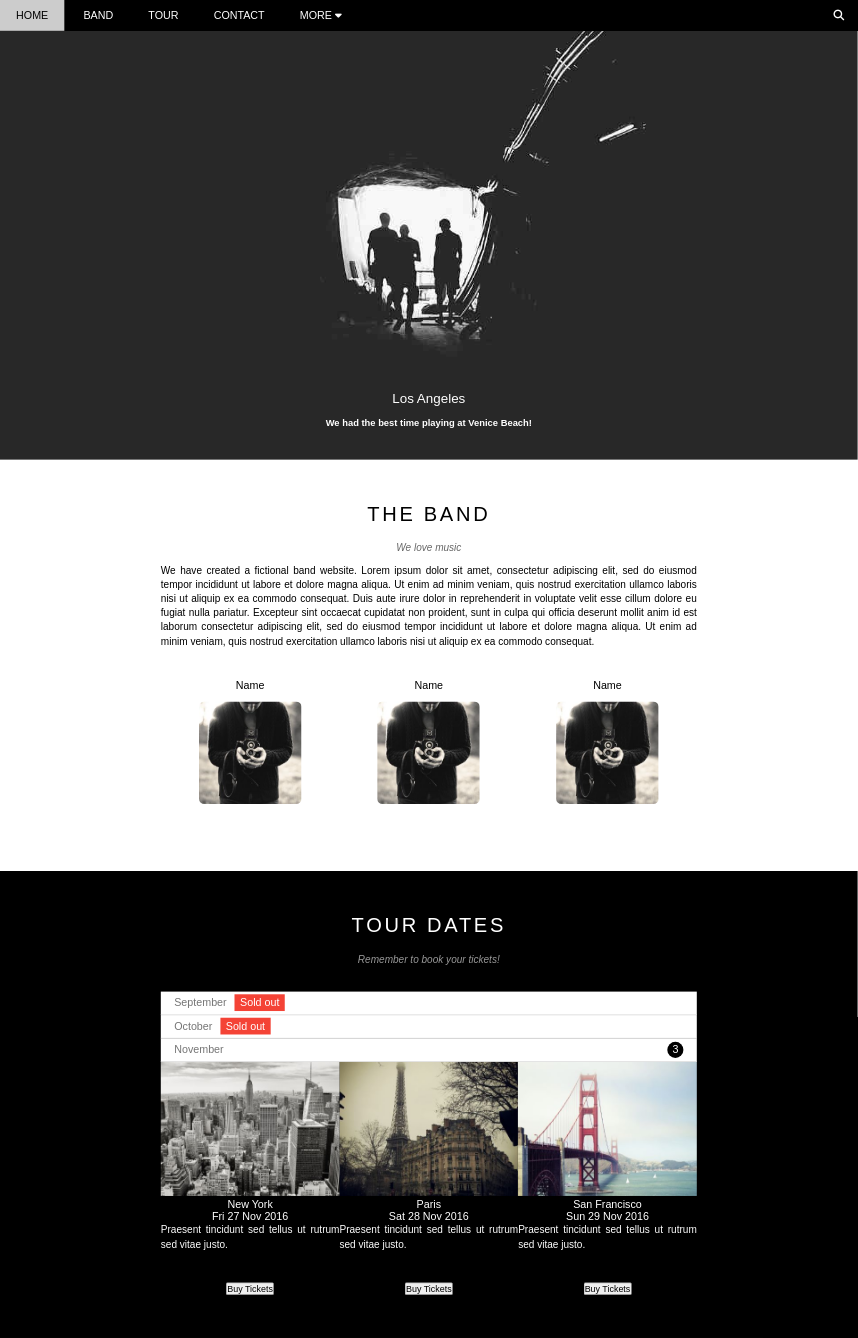
Repository: TranPhucThinh/clone-the-band
Page: index.html
An editor plug-in stored every save of this project. The page is shown before and after the next save, followed by the edit.
The browser window is 1280 px wide. The pictures show the whole page, at 67% of full size.
Some web libraries are served in a nearby version.

Above is the page before, as saved 2022-08-04 13:34:27.

### index.html
<!DOCTYPE html>
<html lang="en">

<head>
    <meta charset="UTF-8">
    <meta http-equiv="X-UA-Compatible" content="IE=edge">
    <meta name="viewport" content="width=device-width, initial-scale=1.0">

    <title>The Band</title>

    <link rel="stylesheet" href="./assets/style.css">
    <link rel="stylesheet" href="https://cdnjs.cloudflare.com/ajax/libs/font-awesome/6.1.2/css/all.min.css">
</head>

<body>
    <div id="main">

        <div id="header">
            <ul id="nav">
                <li><a href="">Home</a></li>
                <li><a href="">Band</a></li>
                <li><a href="">Tour</a></li>
                <li><a href="">Contact</a></li>
                <li>
                    <a href="">
                        More
                        <i class="fa-solid fa-caret-down"></i>
                    </a>

                    <ul class="subnav">
                        <li><a href="">Merchandise</a></li>
                        <li><a href="">Extras</a></li>
                        <li><a href="">Media</a></li>
                    </ul>
                </li>
            </ul>

            <div class="search-btn">
                <i class="fa-solid fa-magnifying-glass"></i>
            </div>
        </div>

        <div id="slider">
            <div class="text-slider">
                <div class="slider-heading">Los Angeles</div>
                <div class="slider-title">We had the best time playing at Venice Beach!</div>
            </div>
        </div>

        <div id="content">
            <!-- Section About -->
            <div class="section-about">

                <div class="section-content">
                    <p class="title">The band</p>
                    <i class="subtitle">We love music</i>
                    <p class="desc">
                        We have created a fictional band website. Lorem ipsum dolor sit amet, consectetur adipiscing
                        elit,
                        sed
                        do eiusmod tempor incididunt ut labore et dolore magna aliqua. Ut enim ad minim veniam, quis
                        nostrud
                        exercitation ullamco laboris nisi ut aliquip ex ea commodo consequat. Duis aute irure dolor in
                        reprehenderit in voluptate velit esse cillum dolore eu fugiat nulla pariatur. Excepteur sint
                        occaecat
                        cupidatat non proident, sunt in culpa qui officia deserunt mollit anim id est laborum
                        consectetur
                        adipiscing elit, sed do eiusmod tempor incididunt ut labore et dolore magna aliqua. Ut enim ad
                        minim
                        veniam, quis nostrud exercitation ullamco laboris nisi ut aliquip ex ea commodo consequat.
                    </p>
                    <div class="member">
                        <div class="member-1">
                            <p>Name</p>
                            <img src="./assets/imgs/bandmember.jpg" alt="">
                        </div>
                        <div class="member-2">
                            <p>Name</p>
                            <img src="./assets/imgs/bandmember.jpg" alt="">
                        </div>
                        <div class="member-3">
                            <p>Name</p>
                            <img src="./assets/imgs/bandmember.jpg" alt="">
                        </div>
                    </div>
                </div>
            </div>

            <!-- End of Section About -->

            <!-- Section Tour Dates -->
            <div class="tour-date">
                <div class="section-content">
                    <p class="title">Tour dates</p>
                    <i class="subtitle">Remember to book your tickets!</i>

                    <ul class="ticket-state">
                        <li>September<span class="sold-out">Sold out</span></li>
                        <li>October<span class="sold-out">Sold out</span></li>
                        <li>November<span class="quantity">3</span></li>
                    </ul>

                    <div class="places-list">
                        <div class="place-item">
                            <img src="./assets/imgs/newyork.jpg" alt="" class="place-img">
                            <div class="place-content">
                                <p class="place">New York</p>
                                <p class="time">Fri 27 Nov 2016</p>
                                <p class="desc">Praesent tincidunt sed tellus ut rutrum sed vitae justo.</p>
                                <button class="buy-ticket-btn">Buy Tickets</button>
                            </div>
                        </div>
                        <div class="place-item">
                            <img src="./assets/imgs/paris.jpg" alt="" class="place-img">
                            <div class="place-content">

                                <p class="place">Paris</p>
                                <p class="time">Sat 28 Nov 2016</p>
                                <p class="desc">Praesent tincidunt sed tellus ut rutrum sed vitae justo.</p>
                                <button class="buy-ticket-btn">Buy Tickets</button>
                            </div>
                        </div>
                        <div class="place-item">
                            <img src="./assets/imgs/sanfran.jpg" alt="" class="place-img">
                            <div class="place-content">
                                <p class="place">San Francisco</p>
                                <p class="time">Sun 29 Nov 2016</p>
                                <p class="desc">Praesent tincidunt sed tellus ut rutrum sed vitae justo.</p>
                                <button class="buy-ticket-btn">Buy Tickets</button>
                            </div>
                        </div>
                    </div>
                </div>
            </div>
            <!-- End ofSection Tour Dates -->
        </div>

        <div id="footer">

        </div>


    </div>
</body>

</html>

### assets/style.css
* {
  padding: 0;
  margin: 0;
  box-sizing: border-box;
}

html {
  font-family: Arial, Helvetica, sans-serif;
}

/* Header Section */
#header {
  height: 46px;
  background-color: #000;
  position: fixed;
  top: 0;
  right: 0;
  left: 0;
  z-index: 1;
}

#nav {
  display: inline-block;
}

#nav > li {
  display: inline-block;
}

#nav li {
  position: relative;
}

#nav > li > a {
  color: #fff;
  text-transform: uppercase;
}

#nav li a {
  line-height: 46px;
  padding: 0 24px;
  display: inline-block;
  text-decoration: none;
}

#nav > li:hover > a,
.subnav li:hover a {
  color: #000;
  background-color: #ccc;
}

#nav .subnav {
  display: none;
  position: absolute;
  background-color: #fff;
  box-shadow: 0 4px 10px 0 rgb(0 0 0 / 20%), 0 4px 20px 0 rgb(0 0 0 / 19%);
}

#nav li:last-child:hover .subnav {
  display: block;
}

#nav li:last-child:hover .fa-caret-down {
  color: #000;
}

#nav .subnav li {
  list-style-type: none;
}

#nav .subnav a {
  color: #000;
  display: block;
  line-height: 40px;
  padding: 0 32px;
}

#header .fa-solid {
  color: #fff;
}

.search-btn {
  float: right;
  line-height: 46px;
  padding: 0 20px;
}

.search-btn:hover {
  background-color: red;
  cursor: pointer;
}
/* End of Header Section */

/* Slider Section */
#slider {
  background-color: #fff;
  margin-top: 46px;
  padding-top: 50%;
  background: url('/assets/imgs/la.jpg') top center / cover no-repeat;
  position: relative;
}

#slider .text-slider {
  color: #fff;
  text-align: center;
  position: absolute;
  bottom: 47px;
  left: 50%;
  transform: translate(-50%);
}

#slider .slider-heading {
  font-size: 20px;
  margin-bottom: 16px;
}

#slider .slider-title {
  font-size: 14px;
  font-weight: 700;
}
/* End of Slider Section */

/* About Section */
.section-content {
  max-width: 800px;
  margin: 0 auto;
  text-align: center;
  padding: 64px 0;
}

.section-content .title {
  font-size: 30px;
  text-transform: uppercase;
  letter-spacing: 4px;
  margin-bottom: 25px;
}

.section-content .subtitle {
  opacity: 0.6;
  font-size: 15px;
  margin-bottom: 15px;
  display: inline-block;
}

#content .desc {
  text-align: justify;
  font-size: 15px;
  line-height: 1.4;
  margin-bottom: 47px;
}

#content .member {
  display: flex;
  justify-content: space-around;
  margin-bottom: 32px;
}

.member p {
  margin-bottom: 15px;
}

.member img {
  width: 60%;
  border-radius: 8px;
}
/* End of About Section */

/* Tour date Section */
.tour-date {
  background-color: #000;
  color: #fff;
}

.ticket-state {
  text-align: start;
  list-style-type: none;
  margin-top: 25px;
}

.ticket-state li {
  padding: 8px 20px;
  background-color: #fff;
  color: #757575;
  border-bottom: 1px solid #ddd;
}

.ticket-state .sold-out {
  background-color: #f44336;
  color: #fff;
  padding: 4px 8px;
  margin-left: 12px;
}

.ticket-state .quantity {
  float: right;
  color: #fff;
  background-color: #000;
  width: 24px;
  height: 24px;
  text-align: center;
  line-height: 24px;
  border-radius: 50%;
  margin-top: -3px;
}

.places-list {
  display: flex;
  justify-content: space-between;
}

.place-item {
  width: 33.33%;
}

.place-item img {
  width: 100%;
}
/* End of Tour date Section */

After the next save:
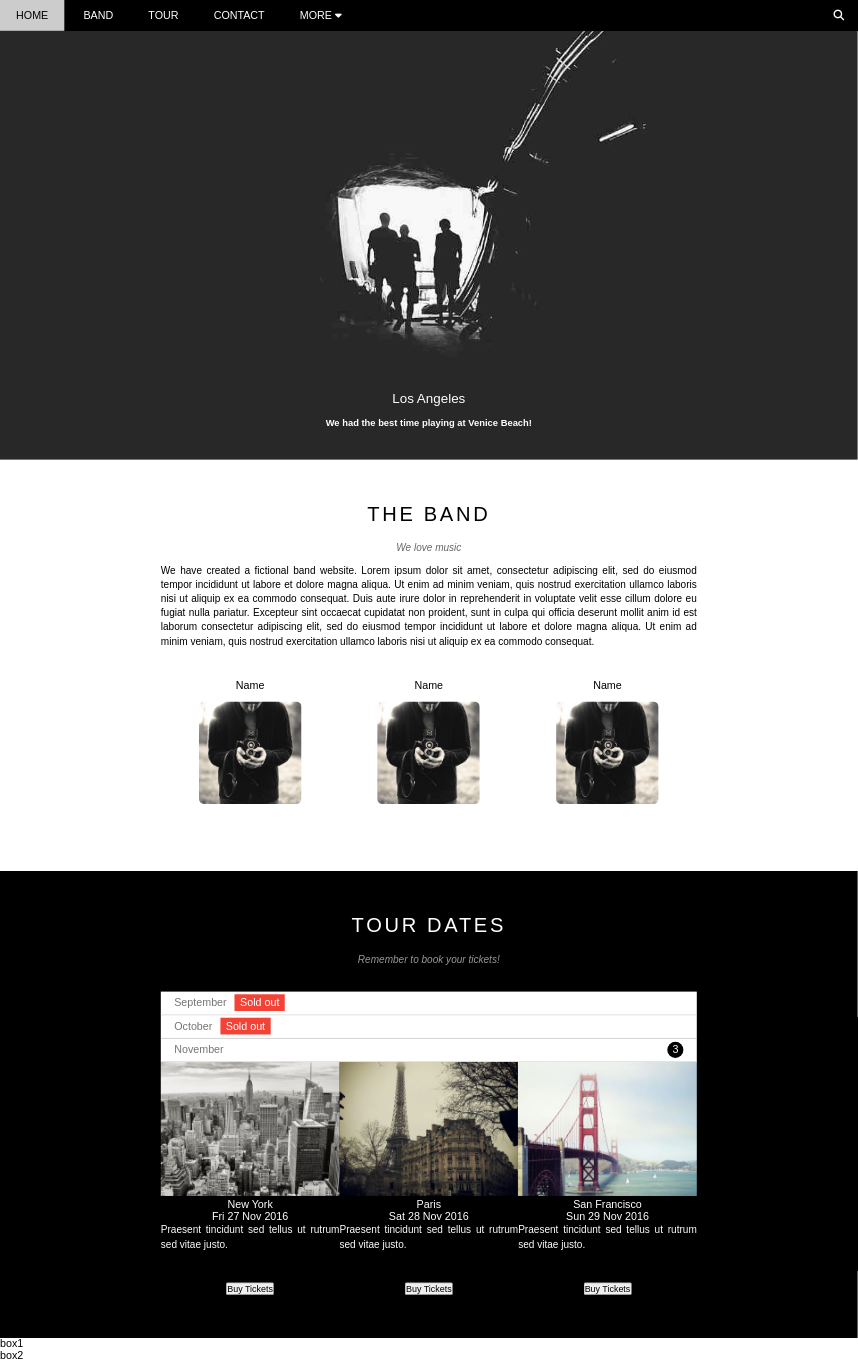
Saved 2 min 45 s later.
--- a/index.html
+++ b/index.html
@@ -138,9 +138,10 @@
         <div id="footer">
 
         </div>
+    </div>
 
-
-    </div>
+    <div class="box1">box1</div>
+    <div class="box2">box2</div>
 </body>
 
 </html>
